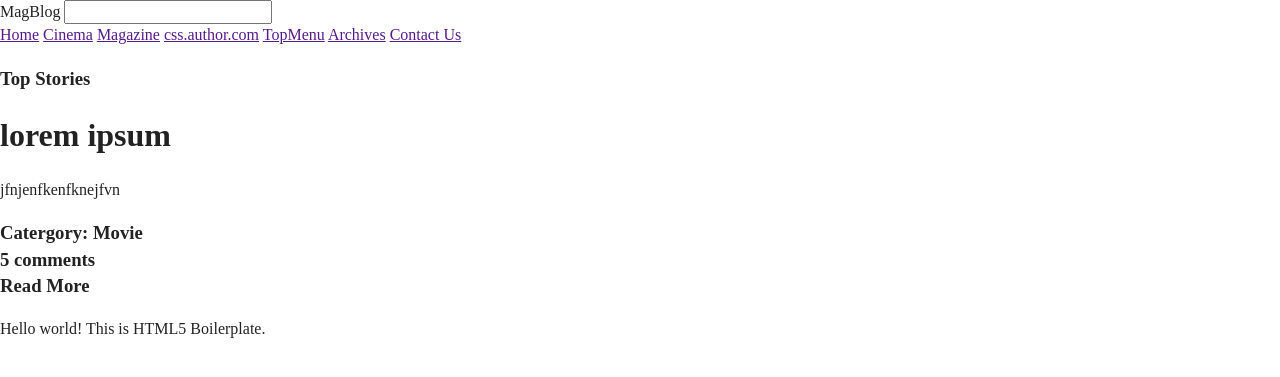
Repository: bguemos/project1lab3
Page: index.html
These files come from the project's save history. The page is drawn as it stood at one moment and after the next save; the edit follows.
The browser window is 1280 px wide. The pictures show the whole page.

Above is the page before, as saved 2023-01-17 21:28:59.

### index.html
<!doctype html>
<html class="no-js" lang="en">

<head>
  <meta charset="utf-8">
  <title> My bodacious blog</title>
  <meta name="description" content="A lab exercise">
  <meta name="viewport" content="width=device-width, initial-scale=1">

  <meta property="og:title" content="">
  <meta property="og:type" content="">
  <meta property="og:url" content="">
  <meta property="og:image" content="">

  <link rel="manifest" href="site.webmanifest">
  <link rel="apple-touch-icon" href="icon.png">
  <!-- Place favicon.ico in the root directory -->

  <link rel="stylesheet" href="css/normalize.css">
  <link rel="stylesheet" href="css/main.css">

  <meta name="theme-color" content="#fafafa">
</head>

<body>
  <div class="magazineheader">
    <hi>MagBlog</hi>
  <input class="headersearchbar">
  <div class="socialmedialinks"></div>
</div>
<div class="navigationlinks">
  <a href> Home</a>
  <a href> Cinema</a>
  <a href> Magazine</a>
  <a href> css.author.com</a>
  <a href>TopMenu</a>
  <a href> Archives</a>
  <a href> Contact Us</a>

</div>
  <div class="maincontent">
    <div class="topstories">
      <h3>Top Stories</h3>

    </div>
    <div class="avatar">
      <h1> lorem ipsum</h1>
      <p>jfnjenfkenfknejfvn</p>
      <h3> Catergory: Movie <br> 5 comments <br> Read More</h3>



    </div>
    <div class="avatar2">

    </div>
    <div class="topstorysidebar">

    </div>
 </div>
 <div class="aftermaincontent">
  <div class="informationlinks"></div>



 </div>
 <div class="magazinefooter">

 </div>

  <!-- Add your site or application content here -->
  <p>Hello world! This is HTML5 Boilerplate.</p>
  <script src="js/vendor/modernizr-3.11.2.min.js"></script>
  <script src="js/plugins.js"></script>
  <script src="js/main.js"></script>

  <!-- Google Analytics: change UA-XXXXX-Y to be your site's ID. -->
  <script>
    window.ga = function () { ga.q.push(arguments) }; ga.q = []; ga.l = +new Date;
    ga('create', 'UA-XXXXX-Y', 'auto'); ga('set', 'anonymizeIp', true); ga('set', 'transport', 'beacon'); ga('send', 'pageview')
  </script>
  <script src="https://www.google-analytics.com/analytics.js" async></script>
</body>

</html>

### css/main.css
/*! HTML5 Boilerplate v8.0.0 | MIT License | https://html5boilerplate.com/ */

/* main.css 2.1.0 | MIT License | https://github.com/h5bp/main.css#readme */
/*
 * What follows is the result of much research on cross-browser styling.
 * Credit left inline and big thanks to Nicolas Gallagher, Jonathan Neal,
 * Kroc Camen, and the H5BP dev community and team.
 */

/* ==========================================================================
   Base styles: opinionated defaults
   ========================================================================== */

html {
  color: #222;
  font-size: 1em;
  line-height: 1.4;
}

/*
 * Remove text-shadow in selection highlight:
 * https://twitter.com/miketaylr/status/12228805301
 *
 * Vendor-prefixed and regular ::selection selectors cannot be combined:
 * https://stackoverflow.com/a/16982510/7133471
 *
 * Customize the background color to match your design.
 */

::-moz-selection {
  background: #b3d4fc;
  text-shadow: none;
}

::selection {
  background: #b3d4fc;
  text-shadow: none;
}

/*
 * A better looking default horizontal rule
 */

hr {
  display: block;
  height: 1px;
  border: 0;
  border-top: 1px solid #ccc;
  margin: 1em 0;
  padding: 0;
}

/*
 * Remove the gap between audio, canvas, iframes,
 * images, videos and the bottom of their containers:
 * https://github.com/h5bp/html5-boilerplate/issues/440
 */

audio,
canvas,
iframe,
img,
svg,
video {
  vertical-align: middle;
}

/*
 * Remove default fieldset styles.
 */

fieldset {
  border: 0;
  margin: 0;
  padding: 0;
}

/*
 * Allow only vertical resizing of textareas.
 */

textarea {
  resize: vertical;
}

/* ==========================================================================
   Author's custom styles
   ========================================================================== */

/* ==========================================================================
   Helper classes
   ========================================================================== */

/*
 * Hide visually and from screen readers
 */

.hidden,
[hidden] {
  display: none !important;
}

/*
 * Hide only visually, but have it available for screen readers:
 * https://snook.ca/archives/html_and_css/hiding-content-for-accessibility
 *
 * 1. For long content, line feeds are not interpreted as spaces and small width
 *    causes content to wrap 1 word per line:
 *    https://medium.com/@jessebeach/beware-smushed-off-screen-accessible-text-5952a4c2cbfe
 */

.sr-only {
  border: 0;
  clip: rect(0, 0, 0, 0);
  height: 1px;
  margin: -1px;
  overflow: hidden;
  padding: 0;
  position: absolute;
  white-space: nowrap;
  width: 1px;
  /* 1 */
}

/*
 * Extends the .sr-only class to allow the element
 * to be focusable when navigated to via the keyboard:
 * https://www.drupal.org/node/897638
 */

.sr-only.focusable:active,
.sr-only.focusable:focus {
  clip: auto;
  height: auto;
  margin: 0;
  overflow: visible;
  position: static;
  white-space: inherit;
  width: auto;
}

/*
 * Hide visually and from screen readers, but maintain layout
 */

.invisible {
  visibility: hidden;
}

/*
 * Clearfix: contain floats
 *
 * For modern browsers
 * 1. The space content is one way to avoid an Opera bug when the
 *    `contenteditable` attribute is included anywhere else in the document.
 *    Otherwise it causes space to appear at the top and bottom of elements
 *    that receive the `clearfix` class.
 * 2. The use of `table` rather than `block` is only necessary if using
 *    `:before` to contain the top-margins of child elements.
 */

.clearfix::before,
.clearfix::after {
  content: " ";
  display: table;
}

.clearfix::after {
  clear: both;
}

/* ==========================================================================
   EXAMPLE Media Queries for Responsive Design.
   These examples override the primary ('mobile first') styles.
   Modify as content requires.
   ========================================================================== */

@media only screen and (min-width: 35em) {
  /* Style adjustments for viewports that meet the condition */
}

@media print,
  (-webkit-min-device-pixel-ratio: 1.25),
  (min-resolution: 1.25dppx),
  (min-resolution: 120dpi) {
  /* Style adjustments for high resolution devices */
}

/* ==========================================================================
   Print styles.
   Inlined to avoid the additional HTTP request:
   https://www.phpied.com/delay-loading-your-print-css/
   ========================================================================== */

@media print {
  *,
  *::before,
  *::after {
    background: #fff !important;
    color: #000 !important;
    /* Black prints faster */
    box-shadow: none !important;
    text-shadow: none !important;
  }

  a,
  a:visited {
    text-decoration: underline;
  }

  a[href]::after {
    content: " (" attr(href) ")";
  }

  abbr[title]::after {
    content: " (" attr(title) ")";
  }

  /*
   * Don't show links that are fragment identifiers,
   * or use the `javascript:` pseudo protocol
   */
  a[href^="#"]::after,
  a[href^="javascript:"]::after {
    content: "";
  }

  pre {
    white-space: pre-wrap !important;
  }

  pre,
  blockquote {
    border: 1px solid #999;
    page-break-inside: avoid;
  }

  /*
   * Printing Tables:
   * https://web.archive.org/web/20180815150934/http://css-discuss.incutio.com/wiki/Printing_Tables
   */
  thead {
    display: table-header-group;
  }

  tr,
  img {
    page-break-inside: avoid;
  }

  p,
  h2,
  h3 {
    orphans: 3;
    widows: 3;
  }

  h2,
  h3 {
    page-break-after: avoid;
  }
}

### js/plugins.js
// Avoid `console` errors in browsers that lack a console.
(function() {
  var method;
  var noop = function () {};
  var methods = [
    'assert', 'clear', 'count', 'debug', 'dir', 'dirxml', 'error',
    'exception', 'group', 'groupCollapsed', 'groupEnd', 'info', 'log',
    'markTimeline', 'profile', 'profileEnd', 'table', 'time', 'timeEnd',
    'timeline', 'timelineEnd', 'timeStamp', 'trace', 'warn'
  ];
  var length = methods.length;
  var console = (window.console = window.console || {});

  while (length--) {
    method = methods[length];

    // Only stub undefined methods.
    if (!console[method]) {
      console[method] = noop;
    }
  }
}());

// Place any jQuery/helper plugins in here.

Loaded but not shown: css/normalize.css (library); js/vendor/modernizr-3.11.2.min.js (library); js/main.js (no stored copy; drawn as an empty file)

After the next save:
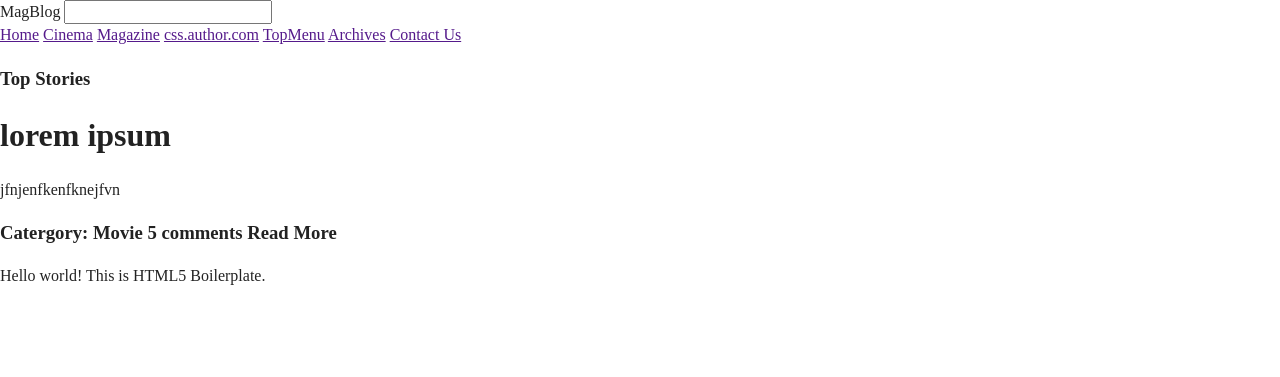
Saved 17 s later.
--- a/index.html
+++ b/index.html
@@ -46,7 +46,7 @@
     <div class="avatar">
       <h1> lorem ipsum</h1>
       <p>jfnjenfkenfknejfvn</p>
-      <h3> Catergory: Movie <br> 5 comments <br> Read More</h3>
+      <h3> Catergory: Movie  5 comments Read More</h3>
 
 
 
